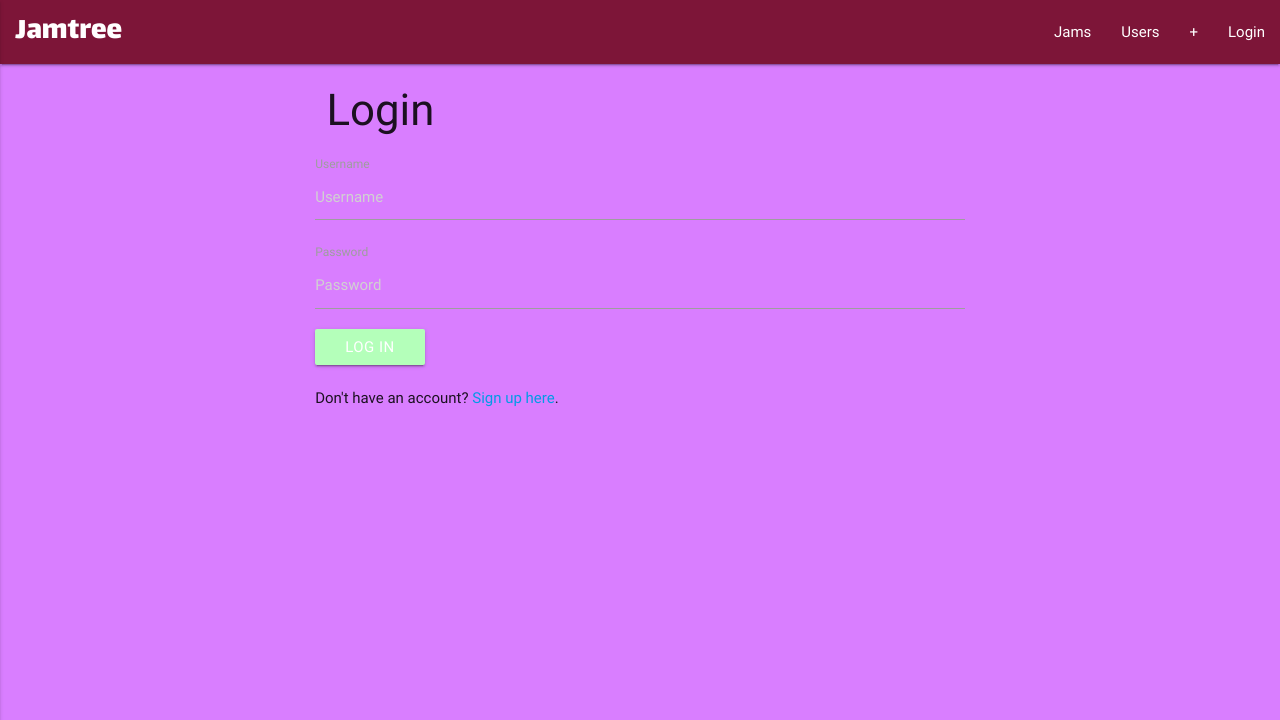
Repository: EdShackleton/milestone-project-3
Page: http://localhost/go_to_login
The author's editor kept a record of every edit. The page is drawn from the files as they stood at one moment, then again after the next edit.
The browser window is 1280 px wide. The pictures show the whole page.
Some web libraries are served in a nearby version. The page is served by the project's application, run on Flask 3 (app.py). Style sheets and scripts are compiled from the project's sources, by tool versions that may differ from the author's.

Above is the page before.

After the next edit:
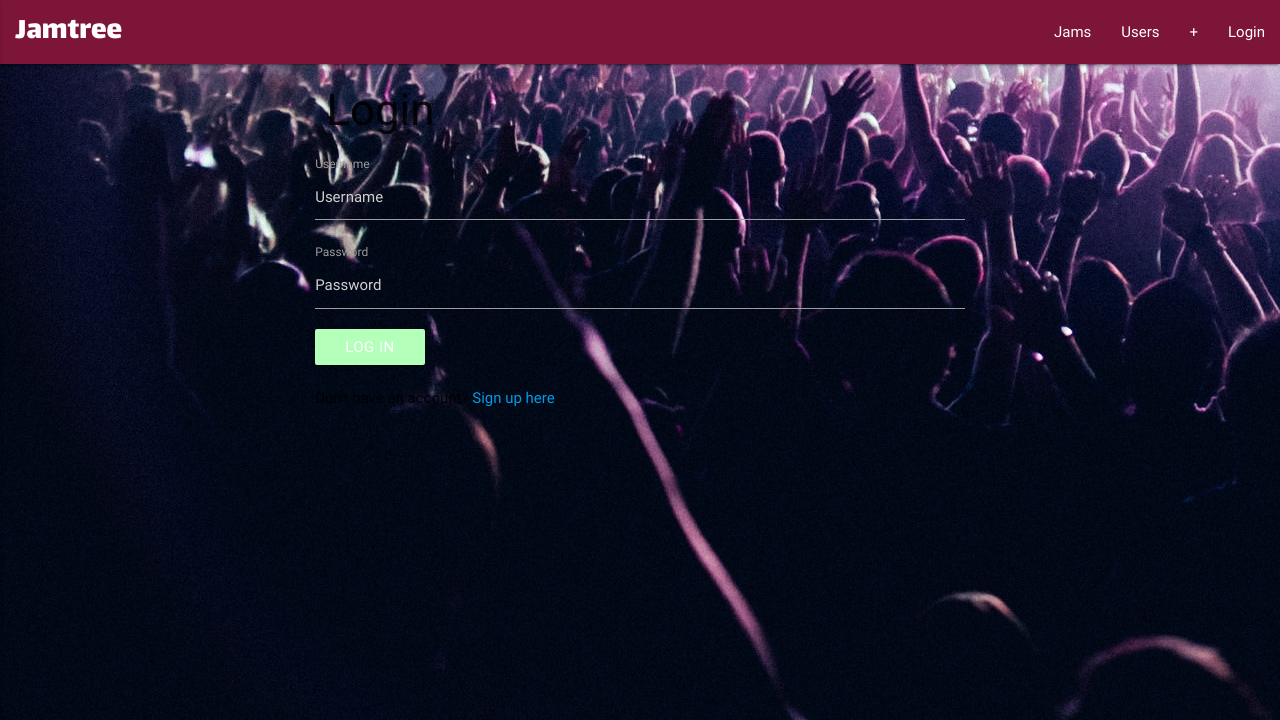
The edit:
--- a/static/css/style.sass
+++ b/static/css/style.sass
@@ -22,7 +22,8 @@
 
 
 body
-    background-color: $third-color
+    background: url(/static/images/background-pic-purple.jpg) bottom left no-repeat
+    background-attachment: fixed
 
 .blank-background
     @extend %box
